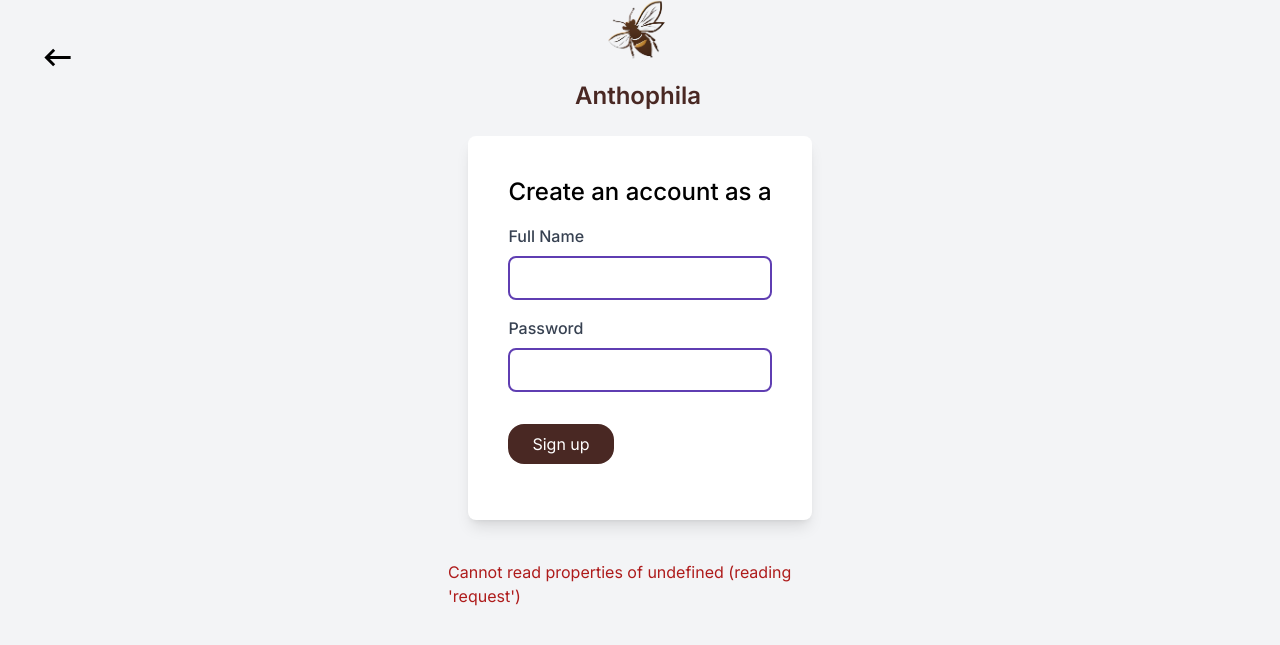
Repository: marcusdashe/anthophila
Page: /signup
An editor plug-in stored every save of this project. The page is shown before and after the next save, followed by the edit.
The browser window is 1280 px wide. The pictures show the whole page.
The project was rebuilt for these pictures with package versions that can differ from the ones it lists, and the page was loaded fresh each time. The framework's server and built-in components were replaced by stand-ins that run in the browser. Also part of the build but not shown: next.config.js.

Above is the page before, as saved 2023-03-03 15:19:49.

### pages/_document.js
import { Html, Head, Main, NextScript } from 'next/document'

export default function Document() {
  return (
    <Html lang="en">
      <Head>
        <link rel="preconnect" href="https://fonts.googleapis.com" />
        <link rel="preconnect" href="https://fonts.gstatic.com" crossOrigin />
        <link href="https://fonts.googleapis.com/css2?family=Inter:wght@100;200;300;400;500;600&display=swap" rel="stylesheet" />
      </Head>
      <body>
        <Main />
        <NextScript />
      </body>
    </Html>
  )
}

### pages/signup.js
import React, { useState, useEffect } from "react";
import { useRouter } from "next/router";
import Web3 from "web3";
import KeyboardBackspaceIcon from "@mui/icons-material/KeyboardBackspace";
import Link from "next/link";

const Signup = () => {
  const [error, setError] = useState("");
  const [web3, setWeb3] = useState(null);
  const [user, setUser] = useState("");
  const [fullName, setFullName] = useState("");
  const [password, setPassword] = useState("");
  const [ethaddress, setEthaddress] = useState("");

  const router = useRouter();

  useEffect(() => {
    setUser(router.query.user);
    connectWallet();
  }, [user, ethaddress]);

  const callSignupFunctionOnSC = async (evt) => {
    evt.preventDefault();
  };

  const connectWallet = async () => {
    if (typeof window !== "undefined" && window.ethereum !== "undefined") {
      try {
        await window.ethereum.request({ method: "eth_requestAccounts" });
        console.log("Good....");
        setWeb3(new Web3(window.ethereum));
      } catch (error) {
        setError(error.message);
      }
    } else {
      window.alert("Please install metamask");
    }
    if (web3) {
      // Use web3 to interact with the blockchain
      // setEthaddress(web3.eth.accounts[0]);
      // setEthaddress(await web3.eth.requestAccounts()[0]);
      setEthaddress(ethereum.selectedAddress);
      console.log(ethaddress);
    }
  };

  return (
    <div className="flex flex-col items-center justify-center h-screen bg-gray-100">
      <figure className="fixed top-10 left-10">
        <Link href="/">
          {" "}
          <KeyboardBackspaceIcon fontSize="large" />
        </Link>
      </figure>
      <div className="font-bold text-2xl cursor-pointer flex flex-col items-center text-gray-80 hover:scale-110 duration-500 mb-6">
        <img
          src="/assets/logo.png"
          alt="logo"
          className="object-scale-down h-20 w-20"
        />
        <span className="text-2xl text-[#492823] mr-1 pt-2 ">Anthophila</span>
      </div>
      <div className="bg-white p-10 rounded-lg shadow-lg">
        <h1 className="text-2xl font-medium mb-4">
          Create an account as a {user}
        </h1>
        <form onSubmit={callSignupFunctionOnSC}>
          <div className="mb-4">
            <label
              htmlFor="name"
              className="block text-gray-700 font-medium mb-2"
            >
              Full Name
            </label>
            <input
              type="text"
              id="name"
              name="name"
              value={ethaddress}
              onChange={(e) => setFullName(e.target.value)}
              className="border-[#5F3EB2] border-2 rounded-lg py-2 px-3 w-full"
            />
          </div>
          <div className="mb-4">
            <label
              htmlFor="password"
              className="block text-gray-700 font-medium mb-2"
            >
              Password
            </label>
            <input
              type="password"
              id="password"
              name="password"
              value={password}
              onChange={(e) => setPassword(e.target.value)}
              className="border-[#5F3EB2] border-2 rounded-lg py-2 px-3 w-full"
            />
          </div>

          <button className="bg-[#492823] w-150 text-white my-4 py-2 px-6 rounded-2xl md:mr-3 ml-0 hover:bg-[#D5D0ED] hover:text-[#492823] duration-500 hover:scale-110 duration-500  snm:mr-3">
            Sign up
          </button>
        </form>
      </div>
      <p className="text-[#AE1B1B] w-[30%] my-10">{error}</p>
      <p className="text-[#AE1B1B] w-[30%] my-10">{ethaddress}</p>
    </div>
  );
};

export default Signup;

### styles/globals.css
@tailwind base;
@tailwind components;
@tailwind utilities;


@layer base {
    html {

      font-family: 'Inter', sans-serif;
    }
  }

### tailwind.config.js
/** @type {import('tailwindcss').Config} */

module.exports = {
  content: [
    "./app/**/*.{js,ts,jsx,tsx}",
    "./pages/**/*.{js,ts,jsx,tsx}",
    "./components/**/*.{js,ts,jsx,tsx}",
  ],
  theme: {
    extend: {},
  },
  plugins: [],
}

Loaded but not shown: pages/_app.js (common file); pages/api/hello.js (common file)

After the next save:
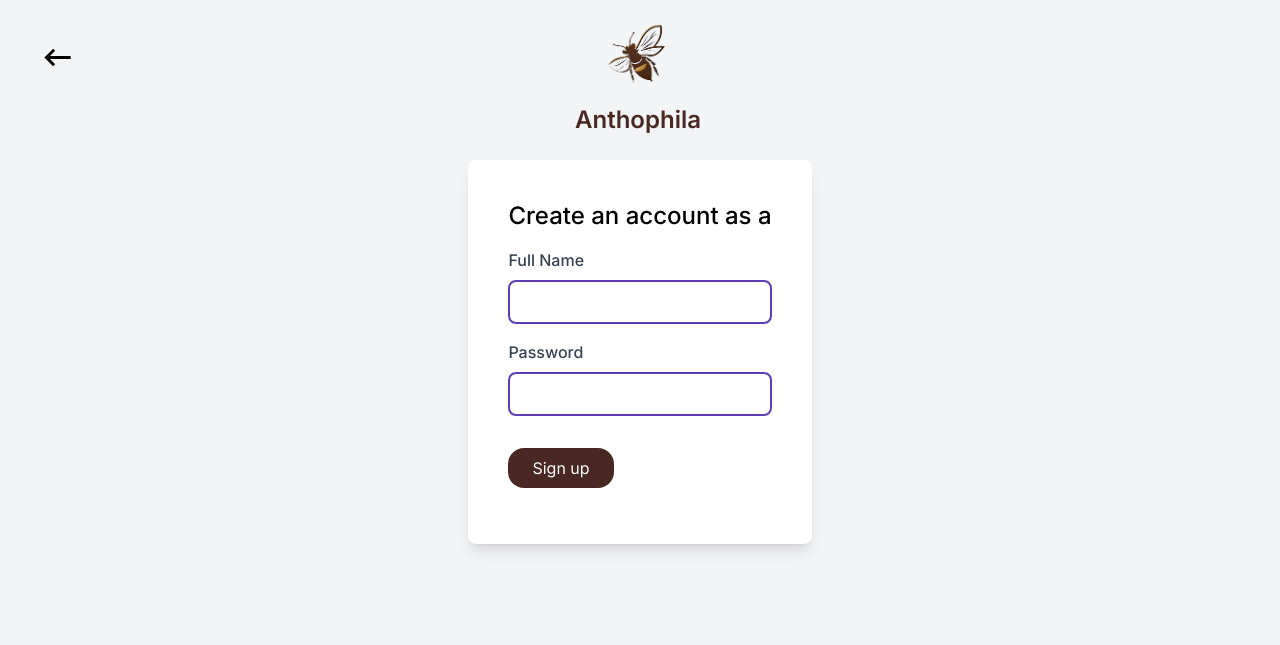
Saved 2 min 37 s later.
--- a/pages/signup.js
+++ b/pages/signup.js
@@ -16,11 +16,11 @@ const Signup = () => {
 
   useEffect(() => {
     setUser(router.query.user);
-    connectWallet();
   }, [user, ethaddress]);
 
   const callSignupFunctionOnSC = async (evt) => {
     evt.preventDefault();
+    connectWallet();
   };
 
   const connectWallet = async () => {
